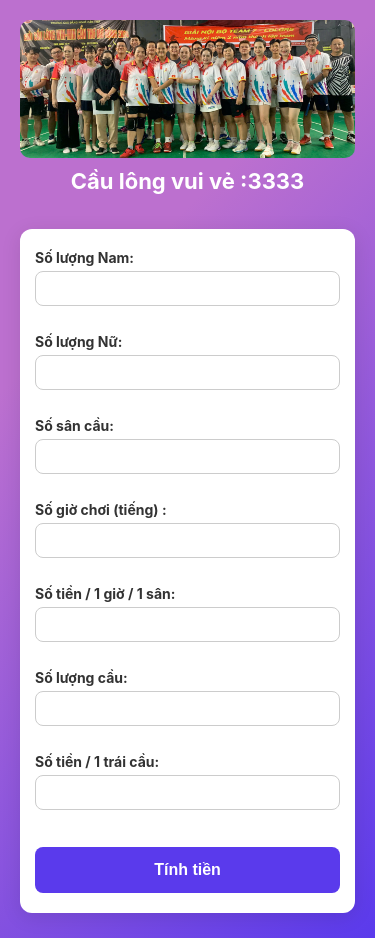
Repository: LuongPTCE181311/Badminton
Page: index.html
An editor plug-in stored every save of this project. The page is shown before and after the next save, followed by the edit.
The browser window is 375 px wide. The pictures show the whole page.

Above is the page before, as saved 2025-12-08 00:52:32.

After the next save:
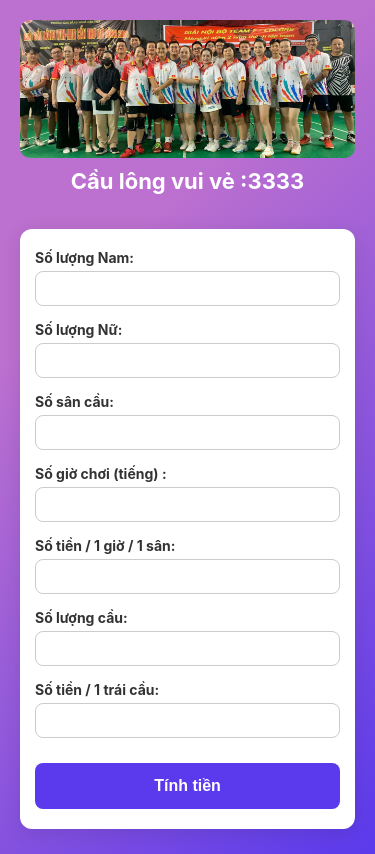
Saved 32 s later.
--- a/assets/css/style.css
+++ b/assets/css/style.css
@@ -235,9 +235,7 @@ input.error-border {
     padding: 0 10px;
   }
 
-  .form-group {
-    margin-bottom: 12px;
-  }
+
 
   .error {
     font-size: 12px;
